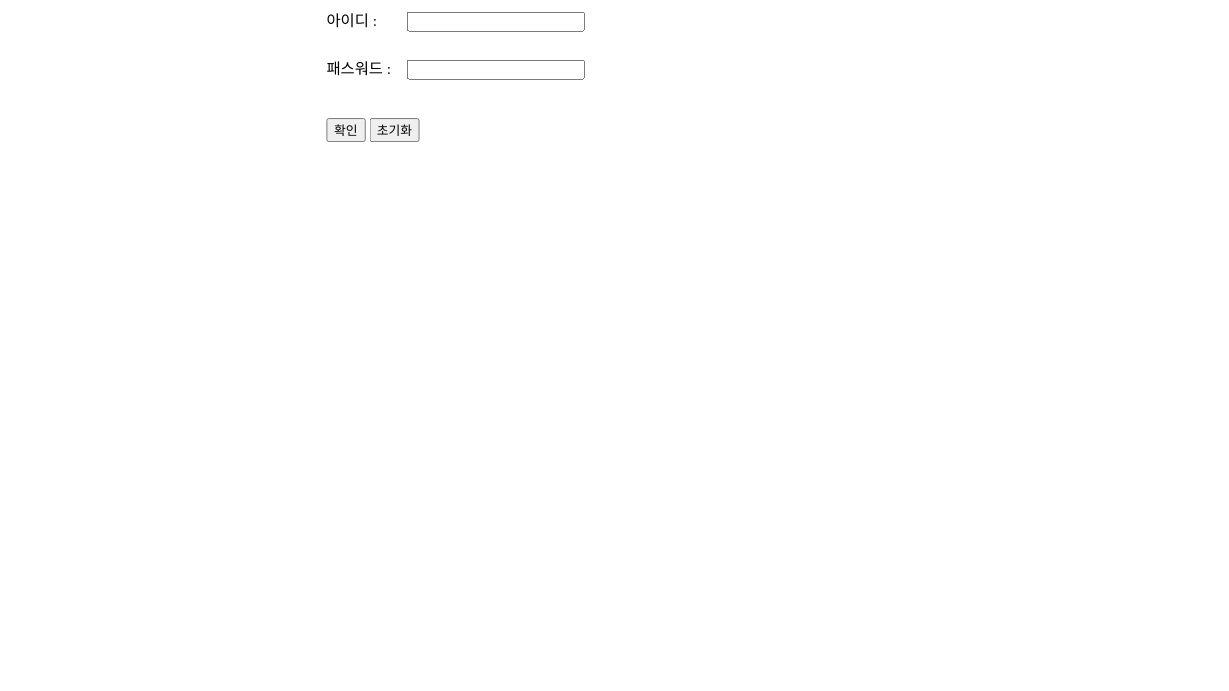
Repository: song-tata/jsp_servlet
Page: chap06/webContants/login.html
An editor plug-in stored every save of this project. The page is shown before and after the next save, followed by the edit.
The browser window is 1280 px wide. The pictures show the whole page, at 96% of full size.

Above is the page before, as saved 2023-05-17 06:34:41.

After the next save:
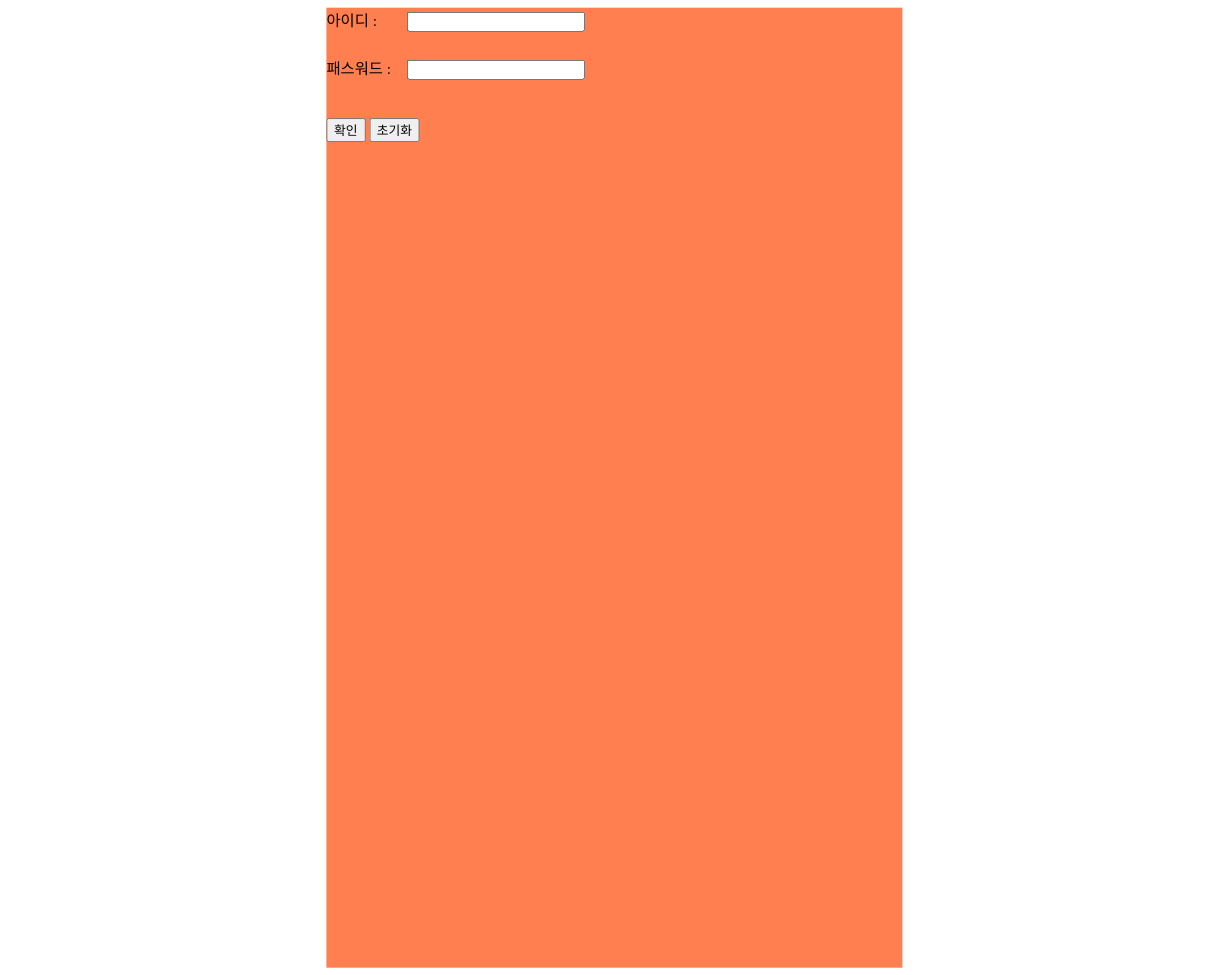
Saved 45 s later.
--- a/chap06/webContants/login.html
+++ b/chap06/webContants/login.html
@@ -6,8 +6,9 @@
 <style type="text/css">
 .wrap {
 	width: 600px;
-	height: 200px;
+	height: 1000px;
 	margin: auto;
+	background-color: coral;
 }
 
 .idwrap {
